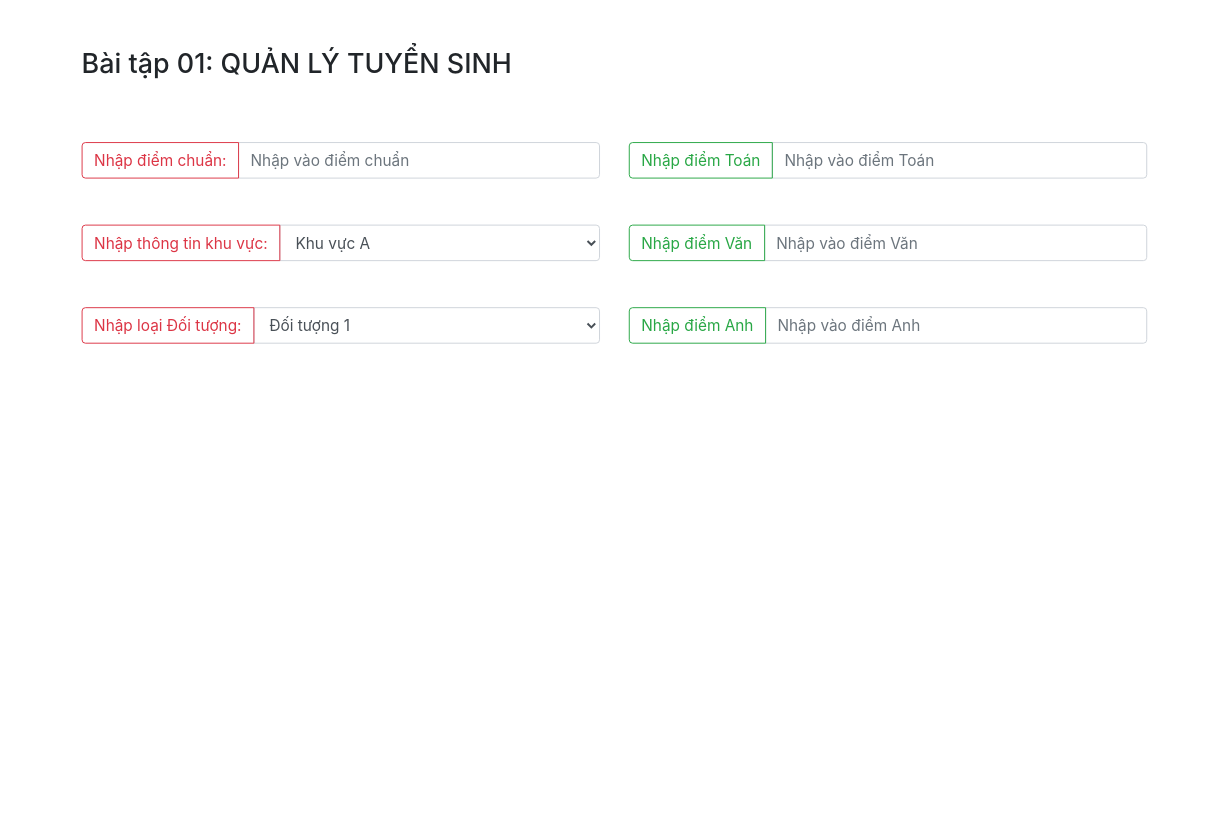
Repository: ducdatit2002/javascript-tinh-day15
Page: index.html
These files come from the project's save history. The page is drawn as it stood at one moment and after the next save; the edit follows.
The browser window is 1280 px wide. The pictures show the whole page, at 96% of full size.

Above is the page before, as saved 2023-08-20 12:45:48.

### index.html
<!DOCTYPE html>
<html lang="en">
  <head>
    <title>HOMEWORK BUỔI 15 - JAVASCRIPT</title>
    <!-- Required meta tags -->
    <meta charset="utf-8" />
    <meta
      name="viewport"
      content="width=device-width, initial-scale=1, shrink-to-fit=no"
    />

    <!-- Bootstrap CSS -->
    <link
      rel="stylesheet"
      href="https://stackpath.bootstrapcdn.com/bootstrap/4.3.1/css/bootstrap.min.css"
      integrity="sha384-ggOyR0iXCbMQv3Xipma34MD+dH/1fQ784/j6cY/iJTQUOhcWr7x9JvoRxT2MZw1T"
      crossorigin="anonymous"
    />
  </head>
  <body>
    <div class="container" style="margin-bottom: 500px; margin-top: 50px">
      <div class="baiTap1">
        <h3>Bài tập 01: QUẢN LÝ TUYỂN SINH</h3>
        <div class="row mt-3">
          <div class="col-6">
            <div class="input-group mt-5">
              <div class="input-group-prepend">
                <button class="btn btn-outline-danger">Nhập điểm chuẩn:</button>
              </div>
              <input
                type="text"
                class="form-control"
                id="diemChuan"
                placeholder="Nhập vào điểm chuẩn"
              />
            </div>
            <div class="input-group mt-5">
              <div class="input-group-prepend">
                <button class="btn btn-outline-danger">Nhập thông tin khu vực:</button>
              </div>
              <select id="khuVuc" class="form-control">
                <option value="2">Khu vực A</option>
                <option value="1">Khu vực B</option>
                <option value="0.5">Khu vực C</option>
              </select>
            </div>
            <div class="input-group mt-5">
              <div class="input-group-prepend">
                <button class="btn btn-outline-danger">Nhập loại Đối tượng:</button>
              </div>
              <select id="doiTuong" class="form-control">
                <option value="2.5">Đối tượng 1</option>
                <option value="1.5">Đối tượng 2</option>
                <option value="1">Đối tượng 3</option>
              </select>
            </div>
          </div>
          <div class="col-6">
            <div class="input-group mt-5">
              <div class="input-group-prepend">
                <button class="btn btn-outline-success">Nhập điểm Toán</button>
              </div>
              <input
                type="text"
                class="form-control"
                id="diemToan"
                placeholder="Nhập vào điểm Toán"
              />
            </div>
             <div class="input-group mt-5">
              <div class="input-group-prepend">
                <button class="btn btn-outline-success">Nhập điểm Văn</button>
              </div>
              <input
                type="text"
                class="form-control"
                id="diemVan"
                placeholder="Nhập vào điểm Văn"
              />
            </div>
             <div class="input-group mt-5">
              <div class="input-group-prepend">
                <button class="btn btn-outline-success">Nhập điểm Anh</button>
              </div>
              <input
                type="text"
                class="form-control"
                id="diem Anh"
                placeholder="Nhập vào điểm Anh"
              />
            </div>
          </div>
        </div>
      </div>
    </div>
    <!-- Optional JavaScript -->
    <!-- jQuery first, then Popper.js, then Bootstrap JS -->
    <script
      src="https://code.jquery.com/jquery-3.3.1.slim.min.js"
      integrity="sha384-q8i/X+965DzO0rT7abK41JStQIAqVgRVzpbzo5smXKp4YfRvH+8abtTE1Pi6jizo"
      crossorigin="anonymous"
    ></script>
    <script
      src="https://cdnjs.cloudflare.com/ajax/libs/popper.js/1.14.7/umd/popper.min.js"
      integrity="sha384-UO2eT0CpHqdSJQ6hJty5KVphtPhzWj9WO1clHTMGa3JDZwrnQq4sF86dIHNDz0W1"
      crossorigin="anonymous"
    ></script>
    <script
      src="https://stackpath.bootstrapcdn.com/bootstrap/4.3.1/js/bootstrap.min.js"
      integrity="sha384-JjSmVgyd0p3pXB1rRibZUAYoIIy6OrQ6VrjIEaFf/nJGzIxFDsf4x0xIM+B07jRM"
      crossorigin="anonymous"
    ></script>
    <script src="./index.js"></script>
  </body>
</html>

Loaded but not shown: index.js (no copy from this time; the picture is the same without it)

After the next save:
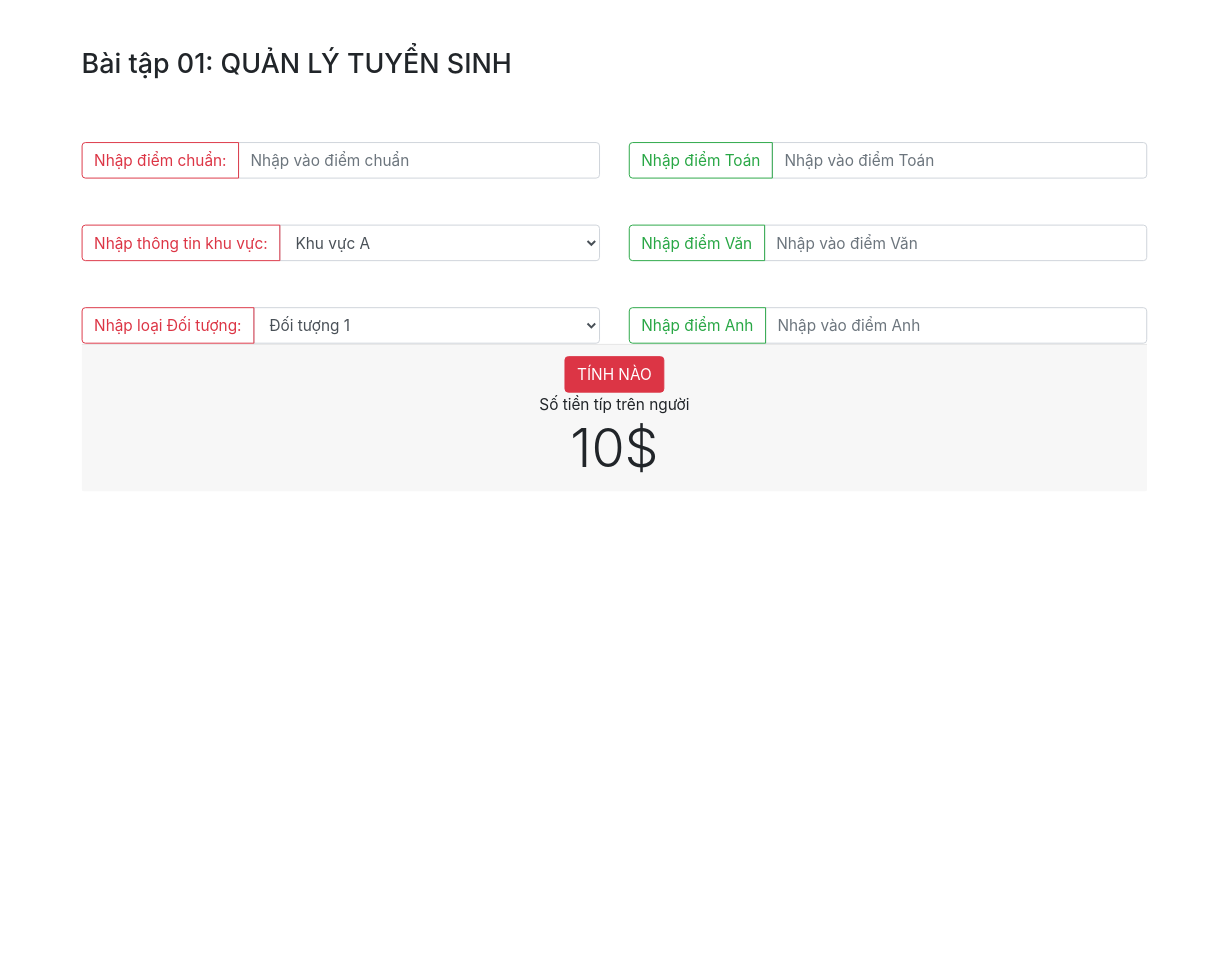
Saved 7 min 8 s later.
--- a/index.html
+++ b/index.html
@@ -91,6 +91,13 @@
             </div>
           </div>
         </div>
+        <div class="card-footer text-center">
+            <button id="btnTinhTienTip" class="btn btn-danger">TÍNH NÀO</button>
+            <br />
+            <span>Số tiền típ trên người</span>
+            <br />
+            <span id="tienTipTrenNguoi" class="display-4">10$</span>
+          </div>
       </div>
     </div>
     <!-- Optional JavaScript -->
